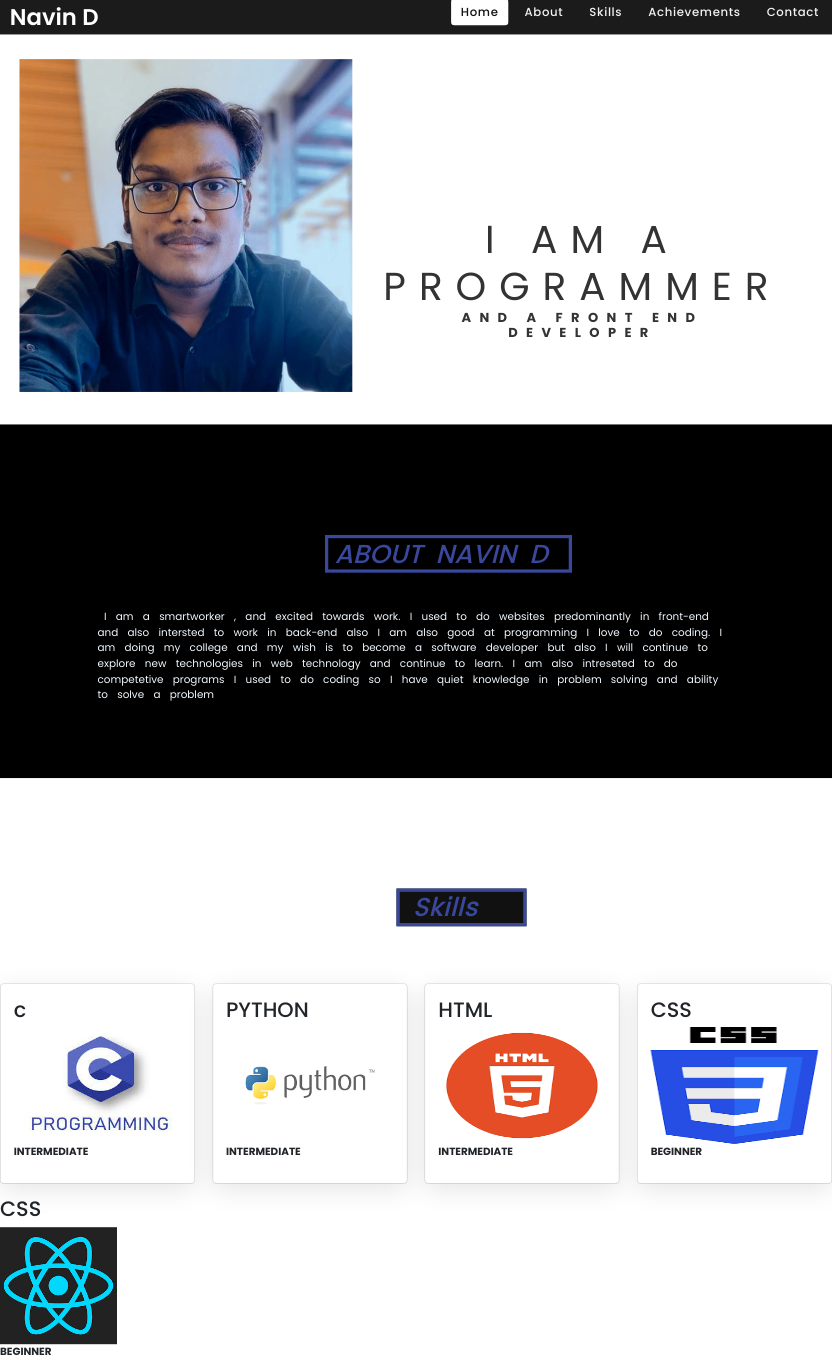
Repository: NavinDayanithi/OIBSIP
Page: Portfolio/index.html
These files come from the project's save history. The page is drawn as it stood at one moment and after the next save; the edit follows.
The browser window is 1280 px wide. The pictures show the whole page, at 65% of full size.

Above is the page before, as saved 2023-02-21 20:34:46.
Console error: TypeError: Cannot read properties of undefined (reading 'fn')

### Portfolio/index.html
<!DOCTYPE html>
<!-- Created By CodingNepal -->
<html lang="en" dir="ltr">
   <head>

      <meta charset="utf-8">
      <title>Navin's Portfolio</title>
      <script src="https://cdnjs.cloudflare.com/ajax/libs/OwlCarousel2/2.3.4/owl.carousel.min.js"></script>
      <script type="text/javascript" src="script.js"></script>
      <link rel="stylesheet" href="style.css">
      <link rel="stylesheet" href="https://cdnjs.cloudflare.com/ajax/libs/font-awesome/5.15.3/css/all.min.css"/>
      <meta name="viewport" content="width=device-width, initial-scale=1.0">
      <link href="https://cdn.jsdelivr.net/npm/bootstrap@5.3.0-alpha1/dist/css/bootstrap.min.css" rel="stylesheet" integrity="sha384-GLhlTQ8iRABdZLl6O3oVMWSktQOp6b7In1Zl3/Jr59b6EGGoI1aFkw7cmDA6j6gD" crossorigin="anonymous">
   </head>
   <body>
      <nav>
         <div class="logo">
            Navin D
         </div>
         <input type="checkbox" id="click">
         <label for="click" class="menu-btn">
         <i class="fas fa-bars"></i>
         </label>
         <ul>
            <li><a class="active" href="#">Home</a></li>
            <li><a href="#about">About</a></li>
            <li><a href="#skills">Skills</a></li>
            <li><a href="#achi">Achievements</a></li>
            <li><a href="#contact">Contact</a></li>
         </ul>
      </nav>
      <div >
        <img src="navinppimg.jpeg"  class="img1" alt="navinimg">
      </div>
      <div class="text-box">
        <h1 class="heading-primary">
         <span class="heading-primary-main">I am a Programmer</span>
          <span class="heading-primary-sub">and a front end developer</span>
         </h1>
   </div>
   <section class="about" id="about">
      <!-- <img class="about-img" src="https://embetronicx.com/wp-content/uploads/2017/08/background.jpg"  class="img1" alt="navinimg"> -->
      <div class="about-text">
         <h1> <i>ABOUT NAVIN D</i></h1>
         <br/>
         <br/>

         <p> I am a smartworker , and excited towards work.
             I used to do websites predominantly in front-end
             and also intersted to work in back-end also
             I am also good at programming I love to do coding. I am doing my college and my wish is to become a software developer but also I will continue to explore new technologies in web technology and continue to learn. I am also intreseted to do competetive programs I used to do coding so I have quiet knowledge in problem solving

            and ability to solve a problem</p>
      </div>


</section>
<section class="skills" id="skills">
    <h1><i>Skills</i></h1>

<div class="card-container">
   <div class="card">
     <h2>c</h2>
     <img class="c" src="c logo.jfif"></img>
     <p><b>INTERMEDIATE</b></p>
   </div>
   <div class="card">
     <h2>PYTHON</h2>
     <img class="py" src="py.png"></img>
     <p><b>INTERMEDIATE</b></p>
   </div>
   <div class="card">
     <h2>HTML</h2>
     <img class ="html" src="htmllogo.png"></img>
     <p><b>INTERMEDIATE</b></p>
   </div>
   <div class="card">
     <h2>CSS</h2>
     <img class ="css" src="css.png"></img>
     <p><b>BEGINNER</b></p>
   </div>

   <!-- <div class="card">
      <h2>CSS</h2>
      <img class ="react" src="react2.png"></img>
      <p><b>BEGINNER</b></p>
    </div>

 </div> -->
 </section>
 <section>
 <div class="card5">
   <h2>CSS</h2>
   <img class ="react" src="react2.png"></img>
   <p><b>BEGINNER</b></p>
 </div>
</section>
 <section class="achievements" id="achi">


 </section>
       </body>
</html>

### Portfolio/style.css
@import url('https://fonts.googleapis.com/css?family=Poppins:400,500,600,700&display=swap');
*{
  margin: 0;
  padding: 0;
  box-sizing: border-box;
  font-family: 'Poppins', sans-serif;
}
nav{
  display: flex;
  height: 100%;
  width: 100%;
  background: #1b1b1b;
  align-items: center;
  justify-content: space-between;
  /* padding: 0 50px 0 50px; */
  /* flex-wrap: wrap; */
}
nav .logo{
  color: #fff;
  font-size: 35px;
  font-weight: 600;
  margin-left: 15px;
}
nav ul{
  display: flex;
  flex-wrap: wrap;
  list-style: none;
}
nav ul li{
  margin: 0 5px;
}
nav ul li a{
  color: #f2f2f2;
  text-decoration: none;
  font-size: 18px;
  font-weight: 500;
  padding: 8px 15px;
  border-radius: 5px;
  letter-spacing: 1px;
  transition: all 0.3s ease;
}
nav ul li a.active,
nav ul li a:hover{
  color: #111;
  background: #fff;
}
nav .menu-btn i{
  color: #fff;
  font-size: 22px;
  cursor: pointer;
  display: none;
}
input[type="checkbox"]{
  display: none;
}
@media (max-width: 1000px){
  nav{
    padding: 0 40px 0 50px;
  }
}
@media (max-width: 920px) {
  nav .menu-btn i{
    display: block;
  }
  #click:checked ~ .menu-btn i:before{
    content: "\f00d";
  }
  nav ul{
    position: fixed;
    top: 80px;
    left: -100%;
    background: #111;
    height: 100vh;
    width: 100%;
    text-align: center;
    display: block;
    transition: all 0.3s ease;
  }
  #click:checked ~ ul{
    left: 0;
  }
  nav ul li{
    width: 100%;
    margin: 40px 0;
  }
  nav ul li a{
    width: 100%;
    margin-left: -100%;
    display: block;
    font-size: 20px;
    transition: 0.6s cubic-bezier(0.68, -0.55, 0.265, 1.55);
  }
  #click:checked ~ ul li a{
    margin-left: 0px;
  }
  nav ul li a.active,
  nav ul li a:hover{
    background: none;
    color: cyan;
  }
}
.content{
  position: absolute;
  top: 50%;
  left: 50%;
  transform: translate(-50%, -50%);
  text-align: center;
  z-index: -1;
  width: 100%;
  padding: 0 30px;
  color: #1b1b1b;
}
.content div{
  font-size: 40px;
  font-weight: 700;
}

.text-box {
    position: absolute;
    top: 60%;
    left: 70%;
    transform: translate(-50%, -50%);
    text-align:center;
  }

  .heading-primary {
      color:#333;
      text-transform: uppercase;
  }

  .heading-primary-main {
      display: block;
      font-size: 60px;
      font-weight: 400;
      letter-spacing: 20px;
     /*  Animation decalaration   */
      animation-name: moveInleft;
      animation-duration: 3s;
  }

  .heading-primary-sub {
      display: block;
      font-size: 20px;
      font-weight: 700;
      letter-spacing: 12.9px;

      animation-name: moveInRight;
      animation-duration: 3s;
  }

  @keyframes moveInleft {
      0% {
          opacity: 0;
          transform: translateX(-100px);
      }

      80% {
          transform: translateX(10px);
      }
      100% {
          opacity: 1;
          transform: translate(0);
      }
  }

  @keyframes moveInRight {
      0% {
          opacity: 0;
          transform: translateX(100px);
      }

      80% {
          transform: translateX(-10px);
      }

      100% {
          opacity: 1;
          transform: translate(0);
      }

  }
  .img1{
    margin-left: 30px;
     margin-top: 3%;
    display: block;
    height:40%;
    width:40%;


  }
  .a{
    float: left;
    /* display: inline; */
    width: 50%;


  }
  .b{
    /* display: inline; */
    float:right;
    width: 50%;
    margin-left: 50px;


  }
   .about{
    background-color: black;
    /* height: 500px; */
    /* width: 100%; */
   margin-top: 50px;

  }

 .about-text {
  padding-top: 100px;
  padding-bottom: 100px;
   padding-left: 150px;
   padding-right: 150px;
   word-spacing: 10px;
   text-indent: 10px;
   color:aliceblue


}
.about-text h1{
  color: rgb(57, 72, 157);
   margin-top: 70px;
   margin-left:350px;
  border:5px solid rgb(57, 72, 157);
  width: 380px;

}
 .skills h1{
  color: rgb(57, 72, 157);
  background-color: #111;
  margin-top: 170px;
  margin-left:610px;
  padding-left: 20px;
 border:5px solid rgb(57, 72, 157);
 width: 200px;

 }



 .card-container {
  display: flex;
  flex-wrap: wrap;
  justify-content: space-between;
  align-items: center;
  padding-top: 80px;
}
.card {
  background-color: #fff;
  border: 1px solid #0b0a0a;
  border-radius: 5px;
  box-shadow: 0 10px 40px rgba(15, 1, 1, 0.1);
  margin-bottom: 20px;
  width: calc(33.33% - 10px);
  max-width: 300px;
  padding: 20px;
  box-sizing: border-box;

}
.c{
  height: 180px;
}
.py{
  height: 180px;
}
.css{
  height: 180px;
}
.html{
  height: 180px;
}
.react{
  height: 180px;
}

Loaded but not shown: Portfolio/script.js (common file)

After the next save:
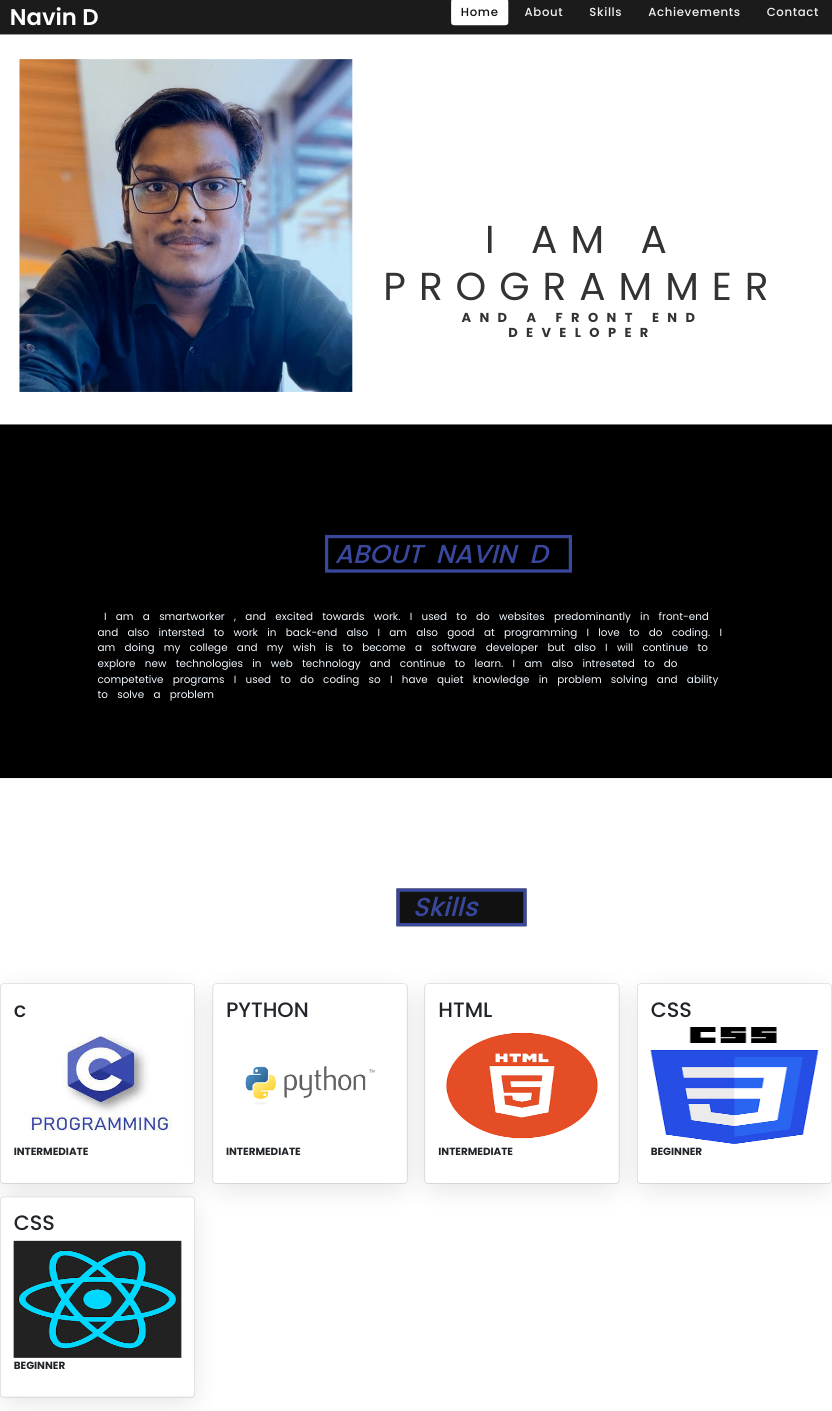
Saved 93 s later.
--- a/Portfolio/index.html
+++ b/Portfolio/index.html
@@ -89,7 +89,7 @@
  </div> -->
  </section>
  <section>
- <div class="card5">
+ <div class="card">
    <h2>CSS</h2>
    <img class ="react" src="react2.png"></img>
    <p><b>BEGINNER</b></p>
